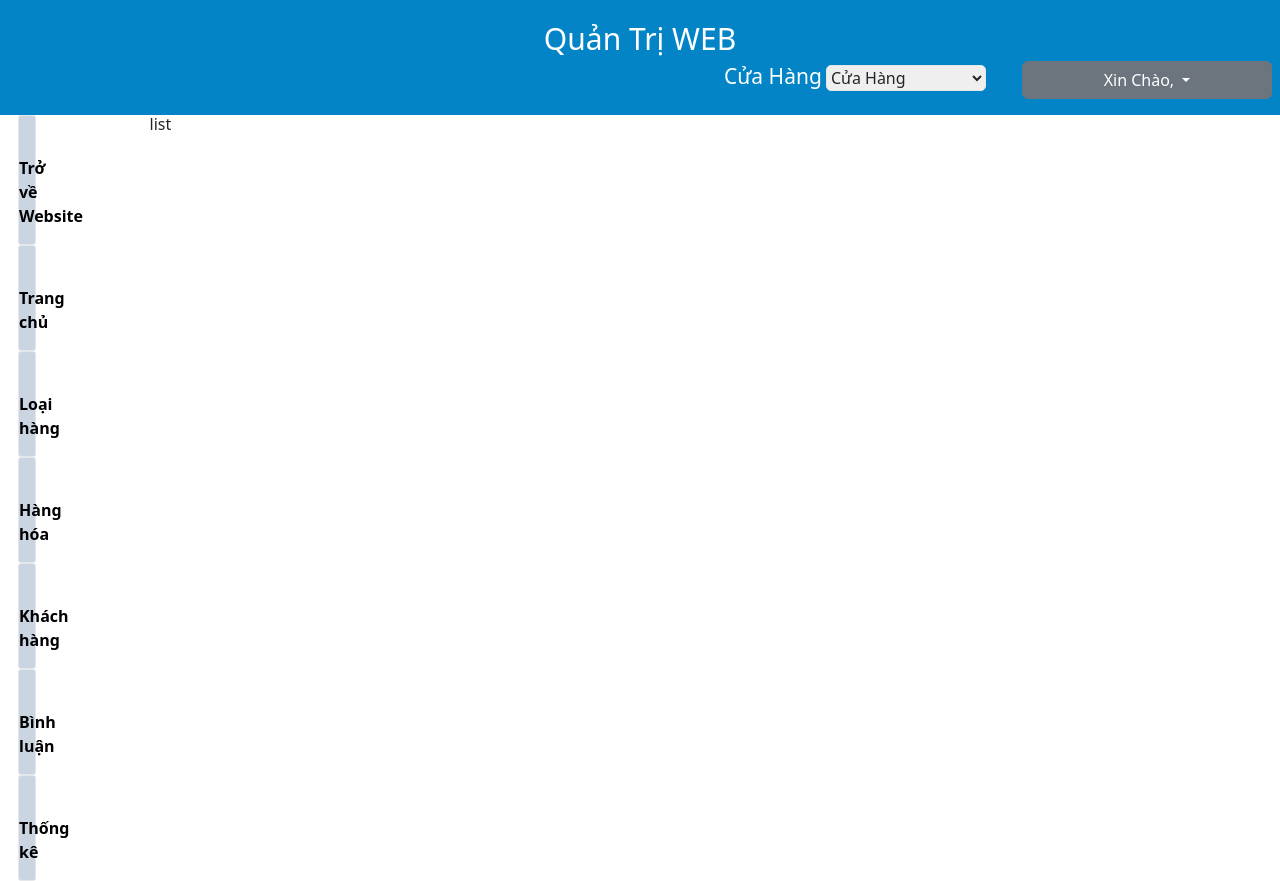
Repository: Leduc20/Website-Shopping-Clothes-Men-master
Page: http://localhost/webbanhang/admin/?list-danh-muc
An editor plug-in stored every save of this project. The page is shown before and after the next save, followed by the edit.
The browser window is 1280 px wide. The pictures show the whole page.
Some web fonts or font styles are not loaded; a fallback is used. Some web libraries are served in a nearby version. The page is run by PHP 8.4 with error messages shown; the project is at /var/www/html/.

Above is the page before, as saved 2022-11-14 17:45:17.

After the next save:
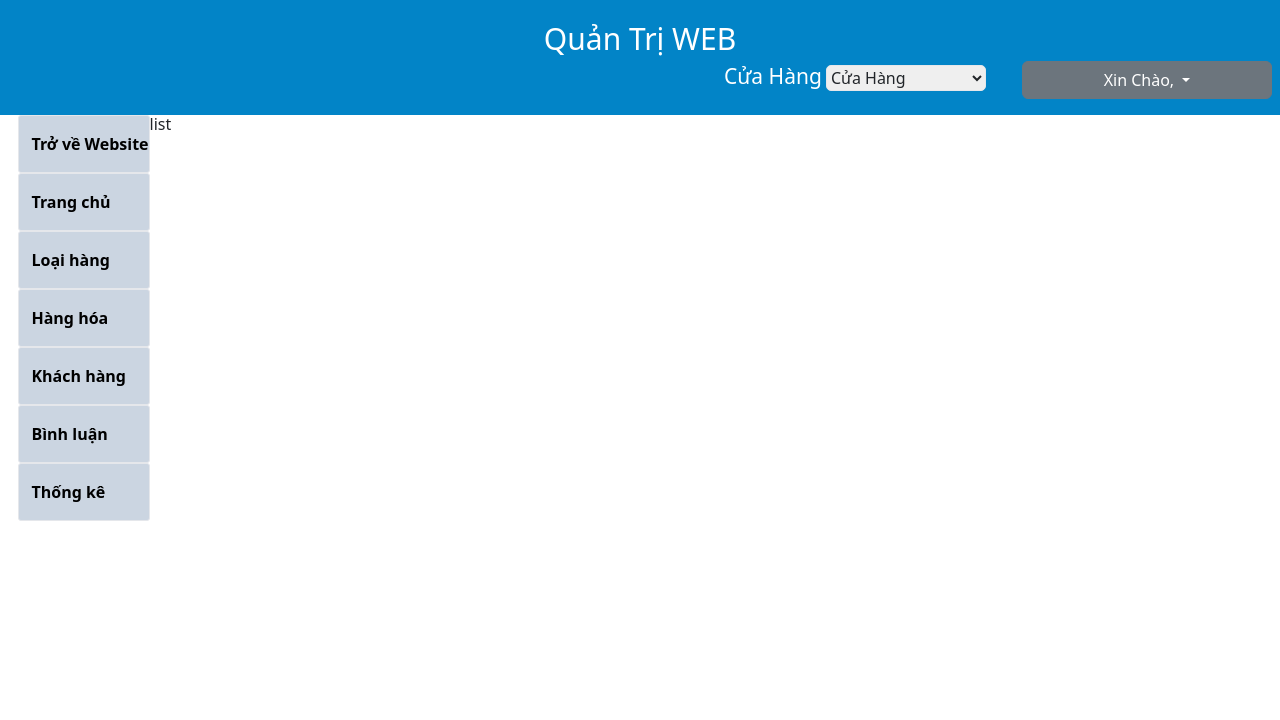
Saved 18 s later.
--- a/admin/menu.php
+++ b/admin/menu.php
@@ -1,4 +1,4 @@
-<div class="w-[20%]">
+<div class="">
             <ul>
                 <li class="ml-[10px] py-3 ml-1 border-[1px] bg-slate-300 rounded-[3px] font-bold hover:bg-white">
                     <a class="no-underline text-black" href="<?= SITE_URL . "?list-danh-muc"?>"><i class="fa-solid fa-house"></i>Trở về Website</a>
